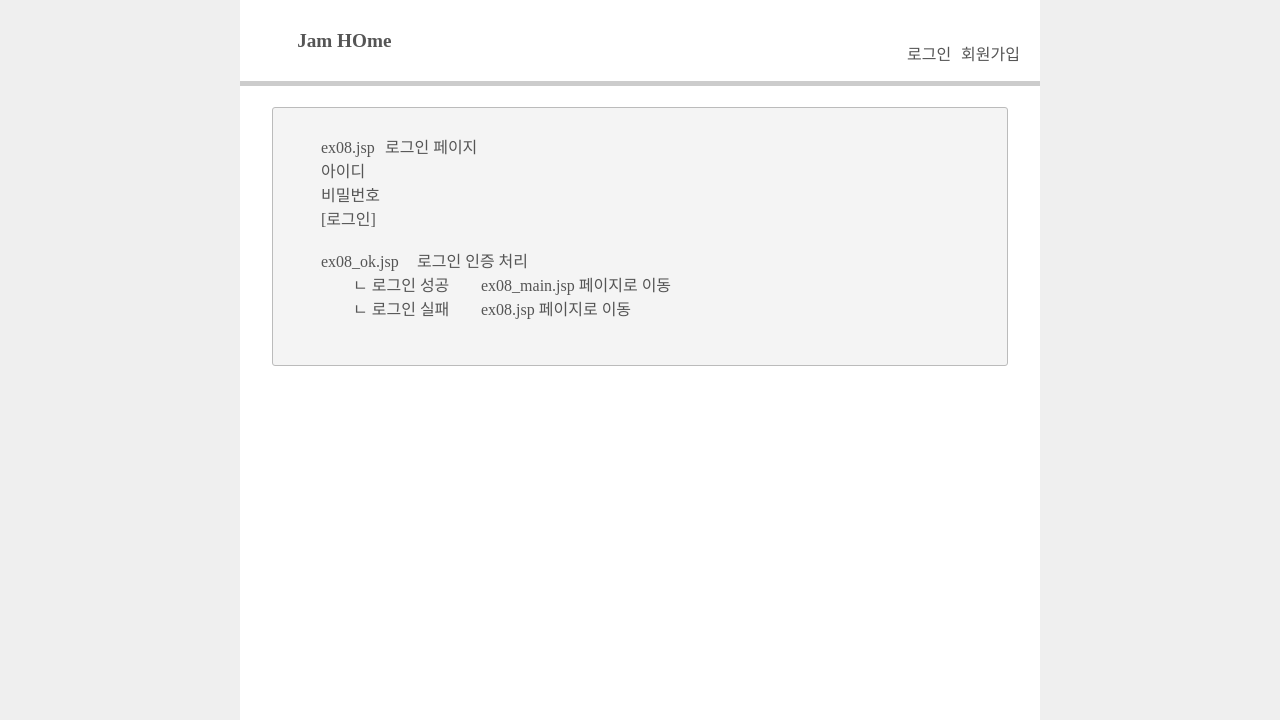
Repository: woals5636/JSPClass
Page: http://localhost/jspPro/days03/ex08.jsp
The author's editor kept a copy of each file at every save. The page is drawn from the files as they stood at one save, then again after the next save.
The browser window is 1280 px wide. The pictures show the whole page.
Some web fonts or font styles are not loaded; a fallback is used. The page is served by Tomcat 9. Other server files are loaded and not shown.

Above is the page before, as saved 2024-10-17 06:21:27.

### jspPro/src/main/webapp/days03/ex08.jsp
<%@ page contentType="text/html; charset=UTF-8" pageEncoding="UTF-8"%>
<!DOCTYPE html>
<html>
<head>
<meta charset="UTF-8">
<title>Insert title here</title>
<link rel="shortcut icon" type="image/x-icon" href="http://localhost/jspPro/images/SiSt.ico">
<script src="https://ajax.googleapis.com/ajax/libs/jquery/3.7.1/jquery.min.js"></script>
<meta name="viewport" content="width=device-width, initial-scale=1.0">
<meta name="google" content="notranslate">
<link rel="stylesheet" href="http://localhost/jspPro/resources/cdn-main/example.css">
<script src="http://localhost/jspPro/resources/cdn-main/example.js"></script>
<style>
 span.material-symbols-outlined{
    vertical-align: text-bottom;
 }
</style>
</head>
<body>
<header>
  <h1 class="main"><a href="#" style="position: absolute;top:30px;">Jam HOme</a></h1>
  <ul>
    <li><a href="#">로그인</a></li>
    <li><a href="#">회원가입</a></li>
  </ul>
</header>
<div>
  <xmp class="code">
  	ex08.jsp	로그인 페이지
  	아이디
  	비밀번호
  	[로그인]

  	ex08_ok.jsp	로그인 인증 처리
  		ㄴ 로그인 성공	ex08_main.jsp 페이지로 이동
  		ㄴ 로그인 실패	ex08.jsp 페이지로 이동

  </xmp>
</div>
</body>
</html>

### jspPro/src/main/webapp/resources/cdn-main/example.css
@charset "UTF-8";

@import url('https://fonts.googleapis.com/css2?family=Material+Symbols+Outlined:opsz,wght,FILL,GRAD@20..48,100..700,0..1,-50..200');

@font-face {
    font-family: 'GmarketSansMedium';
    src: url('https://cdn.jsdelivr.net/gh/projectnoonnu/noonfonts_2001@1.1/GmarketSansMedium.woff') format('woff');
    font-weight: normal;
    font-style: normal;
}

:root {
	--text-color: #555;
	--sub-text-color: #777;
	--back-color: #EFEFEF;
	--header-color: #444;
	--primary-color: #DEDEDE;
	--secondary-color: #EFEFEF;
	--default-width: 800px;
	--narrow-width: 500px;
	--wide-width: 1200px;
	--text-font: 'GmarketSansMedium';
	--icon-font: 'Material Symbols Outlined';
	--border-color: #CCC;
}

html, body {
	margin: 0;
	padding: 0;
}

html {
	background-color: var(--back-color);
	display: flex;
	justify-content: center;
	min-height: 100vh;
}

body, body.default {
	width: var(--default-width);
	background-color: white;
	padding-bottom: 120px;
}

body.wide {
	width: var(--wide-width);
}

body.narrow {
	width: var(--narrow-width);
}



body, p, div, span, a, input, select, option, textarea, button, table, th, td, label, fieldset, legend {
	font-family: var(--text-font);
	color: var(--text-color);
}

h1, h2, h3 {
	font-family: var(--text-font);
	color: var(--header-color);
	padding: 0 1rem;
	padding-top: .5rem;
}

div > h1, div > h2, div > h3 {
	padding: 0;
}

body > div, body > main > div {
	padding: 0.3rem 1rem;
}


h1 { font-size: 2rem; border-bottom: 1px solid var(--border-color); }
h1 small { font-size: 1.2rem; color: var(--sub-text-color); }
h2 { font-size: 1.5rem; border-bottom: 1px dashed var(--border-color); }
h2 small { font-size: 1.1rem; color: --sub-text-color; }
h3 { font-size: 1.2rem; }
h3 small { font-size: 1rem; color: --sub-text-color; }



h1.main::before {
	font-family: var(--icon-font);
  	content: '\e666';
  	margin-right: 10px;
  	float: left;
	font-size: 2.5rem;
}

h1.sub::before {
	font-family: var(--icon-font);
  	content: '\ea19';
  	margin-right: 10px;
  	float: left;
	font-size: 2.5rem;
}


h1.page::before {
	font-family: var(--icon-font);
  	content: '\e0e0';
  	margin-right: 10px;
  	float: left;
	font-size: 2.5rem;
}

body > header > ul > li > .active{
	background-color: #FFF;
	color:#F00;
}

body > header {
	display: flex;
	justify-content: space-between;
	border-bottom: 5px solid var(--border-color);
	min-height: 74px;
	background-color: #FFF;
}

body > header.sticky {
	position: sticky;
	top: 0;
	z-index: 98;
}

body > header > h1 {
	font-size: 1.2rem;
	border: 0;
}

body > header.in > h1::before {
	font-family: var(--icon-font);
  	content: '\e332‥';
  	margin-right: 3px;
  	float: left;
	font-size: 2rem;
}


body > header > ul {
	list-style-type: none;
	display: flex;
	align-items: flex-end;
	margin-right: 10px;
}

body > header > ul > li {
	margin-right: 10px;
	cursor: pointer;
}

body > header > ul > li > a {
	cursor: pointer;
}


form {
	display: block;
}

form > div {
	padding: 0.3rem 1rem;
}

div > form > div {
	padding: 0.3rem 0;
}

input, textarea, button, select {
	border: 1px solid #BBB;
	border-radius: 3px;
	outline: none;
	resize: none;
	padding: 7px;
	margin: 0;
}

input[type=text]:read-only, textarea:read-only {
	cursor: not-allowed;
	background-color: #FFF;
}

input[type=text]:disabled, textarea:disabled {
	cursor: not-allowed;
	background-color: #EEE;
}

input[type=text], input[type=password], textarea, button, select {
	/* width: 300px; */
}

textarea {
	display: block;
	height: 100px;
}

input[type=button], input[type=submit], button {
	/* width: inherit; */
}

input.short, textarea.short, button.short, select.short {
	width: 100px;
}

input.long, textarea.long, button.long, select.long {
	width: 350px;
}

.narrow input.long, .narrow textarea.long, .narrow button.long, .narrow select.long {
	width: calc(100% - 20px);
}

input.full, textarea.full, button.full, select.full {
	width: calc(100% - 20px);
}

textarea.short {
	height: 50px;
}

textarea.long {
	height: 100px;
}

textarea.full {
	height: 200px;
}

input, textarea {
	padding-top: 8px;
}

input[type=button], input[type=submit], button {
	padding: 5px 10px;
	background-color: var(--secondary-color);
	cursor: pointer;
	min-height: 36px;
}

input[type=button].primary, input[type=submit].primary, button.primary {
	/* background-color: rgba(100, 149, 237, .2); */
	background-color: var(--primary-color);
}

input[type=button].primary:hover, input[type=submit].primary:hover, button.primary:hover {
	/* background-color: rgba(100, 149, 237, .3); */
	background-color: var(--secondary-color);
}

input[type=button]:hover, input[type=submit]:hover, button:hover {
	background-color: var(--primary-color);
}

button {
	position: relative;
	left: 0;
	top: 0;
	padding-left: 35px;
}

button .material-symbols-outlined {
	position: absolute;
	left: 10px;
	top: 4px;
}

/* k2nik add */
button.login::before {
	font-family: var(--icon-font);
  	content: '\ea77';
	position: absolute;
	left: 11px;
	top: 4px;
	font-size: 1.25rem;
}

/* k2nik logout */
button.logout::before {
	font-family: var(--icon-font);
  	content: '\e9ba';
	position: absolute;
	left: 11px;
	top: 4px;
	font-size: 1.25rem;
}

/* k2nik help */
button.help::before {
	font-family: var(--icon-font);
  	content: '\f1c0';
	position: absolute;
	left: 11px;
	top: 4px;
	font-size: 1.25rem;
}

button.add::before{
	font-family: var(--icon-font);
  	content: '\e746';
	position: absolute;
	left: 11px;
	top: 4px;
	font-size: 1.25rem;
}

button.back::before {
	font-family: var(--icon-font);
  	content: '\e166';
	position: absolute;
	left: 11px;
	top: 4px;
	font-size: 1.25rem;
}

button.list::before {
	font-family: var(--icon-font);
  	content: '\e0ee';
	position: absolute;
	left: 11px;
	top: 4px;
	font-size: 1.25rem;
}


button.del::before {
	font-family: var(--icon-font);
  	content: '\e872';
	position: absolute;
	left: 11px;
	top: 4px;
	font-size: 1.25rem;
}


button.edit::before {
	font-family: var(--icon-font);
  	content: '\e745';
	position: absolute;
	left: 11px;
	top: 4px;
	font-size: 1.25rem;
}


button.login::before {
	font-family: var(--icon-font);
  	content: '\ea77';
	position: absolute;
	left: 11px;
	top: 4px;
	font-size: 1.25rem;
}


button.logout::before {
	font-family: var(--icon-font);
  	content: '\e9ba';
	position: absolute;
	left: 11px;
	top: 4px;
	font-size: 1.25rem;
}


button.in::before {
	font-family: var(--icon-font);
  	content: '\f71a';
	position: absolute;
	left: 11px;
	top: 4px;
	font-size: 1.25rem;
}


button.out::before {
	font-family: var(--icon-font);
  	content: '\f70e';
	position: absolute;
	left: 11px;
	top: 4px;
	font-size: 1.25rem;
}


button.reply::before {
	font-family: var(--icon-font);
  	content: '\e15e';
	position: absolute;
	left: 11px;
	top: 4px;
	font-size: 1.25rem;
}


button.comment::before {
	font-family: var(--icon-font);
  	content: '\e0b9';
	position: absolute;
	left: 11px;
	top: 4px;
	font-size: 1.25rem;
}


button.modal::before {
	font-family: var(--icon-font);
  	content: '\e89e';
	position: absolute;
	left: 11px;
	top: 4px;
	font-size: 1.25rem;
}


button.ok::before {
	font-family: var(--icon-font);
  	content: '\e86c';
	position: absolute;
	left: 11px;
	top: 4px;
	font-size: 1.25rem;
}


button.cancel::before {
	font-family: var(--icon-font);
  	content: '\e5c9';
	position: absolute;
	left: 11px;
	top: 4px;
	font-size: 1.25rem;
}

button.search::before {
	font-family: var(--icon-font);
  	content: '\e8b6';
	position: absolute;
	left: 11px;
	top: 4px;
	font-size: 1.25rem;
}

button.home::before {
	font-family: var(--icon-font);
  	content: '\e88a';
	position: absolute;
	left: 11px;
	top: 4px;
	font-size: 1.25rem;
}


button.sidebar::before {
	font-family: var(--icon-font);
  	content: '\f7e4';
	position: absolute;
	left: 11px;
	top: 4px;
	font-size: 1.25rem;
}


button.sidebar-right::before {
	font-family: var(--icon-font);
  	content: '\f7e5';
	position: absolute;
	left: 11px;
	top: 4px;
	font-size: 1.25rem;
}




button::before {
	font-family: var(--icon-font);
  	content: '\e323';
	position: absolute;
	left: 11px;
	top: 4px;
	font-size: 1.25rem;
}


table {
	border-collapse: collapse;
	margin: 1rem;
	box-sizing: border-box;
	width: calc(100% - 32px);
}

table.content {
	width: auto;
}

div > table {
	margin: 0;
}

table th, table td {
	border: 1px solid var(--border-color);
	padding: 7px;
	font-weight: normal;
}

table th {
	background-color: var(--back-color);
}

table.vertical th {
	width: 150px;
}

table.vertical td {
	width: calc(100% - 182px);
	padding-left: 10px;
}

table.content td, table.content th {
	width: auto;
}

body.narrow table.vertical th {
	width: 100px;
}

body.narrow table.vertical td {
	width: calc(100% - 182px);
}


table + table {
	margin-top: 30px;
}


p {
	padding: 0 1rem;
}

a {
	text-decoration: none;
}

a:hover {
	color: rgba(255, 99, 71, .7);
}

hr {
	border: 0;
	border-top: 1px solid var(--border-color);
	margin: 2rem 0;
}

.message {
	border: 1px solid var(--border-color);
	background-color: #EFEFEF;
	margin: 1rem;
	width: auto;
	padding-top: 10px;
	padding-bottom: 10px;
	font-size: 14px;
}

.message[title]::before {
	content: attr(title);
	display: block;
	border-bottom: 1px solid var(--border-color);
	padding-bottom: 5px;
	margin-bottom: 10px;
	margin-top: 7px;
}

.message.short {
	max-width: 250px;
}

.message.long {
	max-width: 500px;
}

.badge {
	float: right;
	font-size: .8rem;
	margin-top: 2px;
	margin-right: 2px;
	text-shadow: 0 0 7px gray;
}

.badge.left {
	float: none;
	margin-left: 2px;
}

.badge.right {
	float: right;
}

.badge.red {
	border-radius: 50%;
	padding: 2px 5px;
	background-color: rgb(255, 99, 71, .3);
}

.badge.yellow {

	border-radius: 50%;
	padding: 2px 5px;
	background-color: rgb(255, 215, 0, .5);
}

.badge.blue {
	border-radius: 50%;
	padding: 2px 5px;
	background-color: rgb(100, 149, 237, .3);
}

label + label {
	margin-left: 7px;
}

label input[type=checkbox], label input[type=radio] {
	transform: translate(0, 1px);
}

.group {
	display: flex;
}

.modal-content .group {
	margin-bottom: .5rem;
}

.group label {
	border: 1px solid #BBB;
	border-radius: 3px;
	outline: none;
	resize: none;
	padding: 7px 14px;
	margin: 0;
	border-top-right-radius: 0;
	border-bottom-right-radius: 0;
	background-color: #EFEFEF;
	white-space: nowrap;
	font-size: 14px;
}

.group input[type=text] {
	margin-left: -1px;
	border-top-left-radius: 0;
	border-bottom-left-radius: 0;
}

.group select {
	margin-left: -1px;
	border-top-left-radius: 0;
	border-bottom-left-radius: 0;
}

.group input.full[type=text] {
	margin-left: -1px;
	border-top-left-radius: 0;
	border-bottom-left-radius: 0;
	width: 100%;
}

.group input[type=button]:first-child, .group button:first-child {
	border-top-left-radius: 3px;
	border-bottom-left-radius: 3px;
	margin-left: 0px;
}

.group input[type=button], .group button {
	border-radius: 0;
	margin-left: -1px;
}

.group input[type=button]:last-child, .group button:last-child {
	margin-left: -1px;
	border-top-right-radius: 3px;
	border-bottom-right-radius: 3px;
}

.seperate {
	display: flex;
	justify-content: space-between;
}

div.list {
	width: max-content;
	margin: 1rem;
	border: 1px solid #BBB;
	border-radius: 3px;
	padding: 0;
}

div.list.full {
	width: auto;
	display: block;
	margin: 1rem;
	border: 1px solid #BBB;
	border-radius: 3px;
	padding: 0;
}

div.list > div {
	padding: .5rem 1rem;
	margin: 0;
	border-bottom: 1px solid #BBB;
}

div.list > div:last-child {
	border-bottom: 0;
}

pre.code , xmp.code{
	font-family: consols;
	background-color: rgba(150, 150, 150, .1);
	border: 1px solid #BBB;
	border-radius: 3px;
	padding: .5rem 1rem;
	padding-bottom: .6rem;
	margin: 1rem;
}




*[data-modal-window] {
	position: fixed;
	background-color: rgba(0, 0, 0, .3);
	left: 0;
	top: 0;
	display: none;
	justify-content: center;
	align-items: flex-start;
	width: 100%;
	min-height: 100vh;
	z-index: 100;
	opacity: 0;
	transition: 500ms all;
}

*[data-modal-window] .modal-container {
	border-radius: 5px;
	padding: 1rem;
	padding-bottom: .5rem;
	margin-top: -500px;
	opacity: 0;
	width: 500px;
	background-color: #FFF;
	margin-right: 2rem;
	transition: 500ms all;
}

*[data-modal-size=content] .modal-container {
	width: auto;
}

*[data-modal-size=narrow] .modal-container {
	width: 300px;
}

*[data-modal-size=wide] .modal-container {
	width: 760px;
}


*[data-modal-window] .modal-header {
	border-bottom: 1px solid var(--border-color);
	padding: 2px 5px;
}

*[data-modal-window] .modal-content {
	padding: 1rem 5px;
}

*[data-modal-window] .modal-content div:last-child {
	margin-top: 1rem;
	text-align: right;
}



*[data-sidebar-window] {
	position: fixed;
	background-color: #FFF;
	left: 0;
	top: 0;
	display: block;
	width: 300px;
	border-right: 1px solid var(--border-color);
	box-sizing: border-box;
	box-shadow: 0 0 3px var(--back-color);
	min-height: 100vh;
	z-index: 99;
	transform: translate(-300px, 0);
	transition-duration: 500ms;
	transition-property: transform;
}

*[data-sidebar-direction=right] {
	left: auto;
	right: 0;
	transform: translate(300px, 0);
	border-left: 1px solid var(--border-color);
}

*[data-sidebar-size=wide] {
	width: 500px;
	transform: translate(-500px, 0);
}

*[data-sidebar-window] .sidebar-title {
	border-bottom: 1px solid var(--border-color);
	margin-top: 20px;
	margin-bottom: 20px;
	padding-bottom: 5px;
	display: flex;
	justify-content: space-between;
}

*[data-sidebar-window] .sidebar-title span:last-child {
	cursor: pointer;
}


/* K2Nik pagination */
.center {
  text-align: center;
}

.pagination {
  display: inline-block;
}

.pagination a {
  color: black;
  float: left;
  padding: 3px 6px;
  text-decoration: none;
  transition: background-color .3s;
  border: 1px solid #ddd;
  margin: 0 3px;
}

.pagination a.active {
  background-color: #4CAF50;
  color: white;
  border: 1px solid #4CAF50;
}

.pagination a:hover:not(.active) {background-color: #ddd;}

### jspPro/src/main/webapp/resources/cdn-main/example.js

window.onload = () => {

    const list = document.querySelectorAll('input, textarea');

    list.forEach(item => {
        item.setAttribute('autocomplete', 'off');
    });


    const modal_btn_list = document.querySelectorAll('*[data-modal-button]');

    modal_btn_list.forEach(item => {
        item.onclick = function() {

            const name = this.dataset['modalButton'];
            const modal_window = document.querySelector('*[data-modal-window=' + name);

            const container = document.createElement('div');
            container.className = 'modal-container';



            const modal_header = document.createElement('div');
            modal_header.textContent = modal_window.dataset['modalTitle'];
            modal_header.className = 'modal-header';
            container.appendChild(modal_header);

            const modal_content = document.createElement('div');
            modal_content.className = 'modal-content';
            container.appendChild(modal_content);

            Array.from(modal_window.childNodes).forEach(item => {
                modal_content.appendChild(item);
            });

            modal_window.appendChild(container);

            modal_window.style.display = 'flex';

            setTimeout(() => {
                modal_window.style.opacity = 1;
                container.style.marginTop = '20px';
                container.style.opacity = 1;
            }, 50);


            const modal_ok = document.querySelector('*[data-modal-ok=' + name);
            modal_ok.addEventListener('click', function() {
                modal_window.style.opacity = 0;
                container.style.marginTop = '-500px';
                container.style.opacity = 0;

                setTimeout(() => {
                    modal_window.innerHTML = modal_content.innerHTML;
                    modal_window.style.display = 'none';
                }, 500);

            });

            const modal_cancel = document.querySelector('*[data-modal-cancel=' + name);
            modal_cancel.addEventListener('click', function() {

                modal_window.style.opacity = 0;
                container.style.marginTop = '-500px';
                container.style.opacity = 0;

                setTimeout(() => {
                    modal_window.innerHTML = modal_content.innerHTML;
                    modal_window.style.display = 'none';
                }, 500);
            });


        };
    });


    const sidebar_btn_list = document.querySelectorAll('*[data-sidebar-button]');

    sidebar_btn_list.forEach(item => {
        item.onclick = function() {



            const name = this.dataset['sidebarButton'];
            const sidebar_window = document.querySelector('*[data-sidebar-window=' + name);

            if (sidebar_window.style.transform == 'translate(0px, 0px)') return;



            sidebar_window.style.transform = 'translate(0, 0)';

            const sidebar_title = document.createElement('div');
            sidebar_title.className = 'sidebar-title';
            sidebar_title.innerHTML = '<span>' + sidebar_window.dataset['sidebarTitle'] + '</span><span class="material-symbols-outlined">close</span>';

            sidebar_title.children[1].onclick = function() {

                let sign = 1;
                let distance = 300;

                if (sidebar_window.dataset['sidebarDirection'] != 'right') {
                    sign = -1;
                } else {
                    sign = 1;
                }

                if (sidebar_window.dataset['sidebarSize'] != 'wide') {
                    distance = 300;
                } else {
                    distance = 500;
                }

                distance *= sign;

                sidebar_window.style.transform = 'translate(' + distance + 'px, 0)';

                setTimeout(function() {
                    sidebar_window.removeChild(sidebar_window.children[0]);
                }, 500);
            };


            sidebar_window.prepend(sidebar_title);

        }
    });

};

// window.onkeydown = function(event) {

//     if (event.keyCode == 27) {
//         if (document.querySelector('[data-modal-window').style.display == 'flex') {
//             document.querySelector('[data-modal-window').style.display = 'none';
//         }
//     }

// };

After the next save:
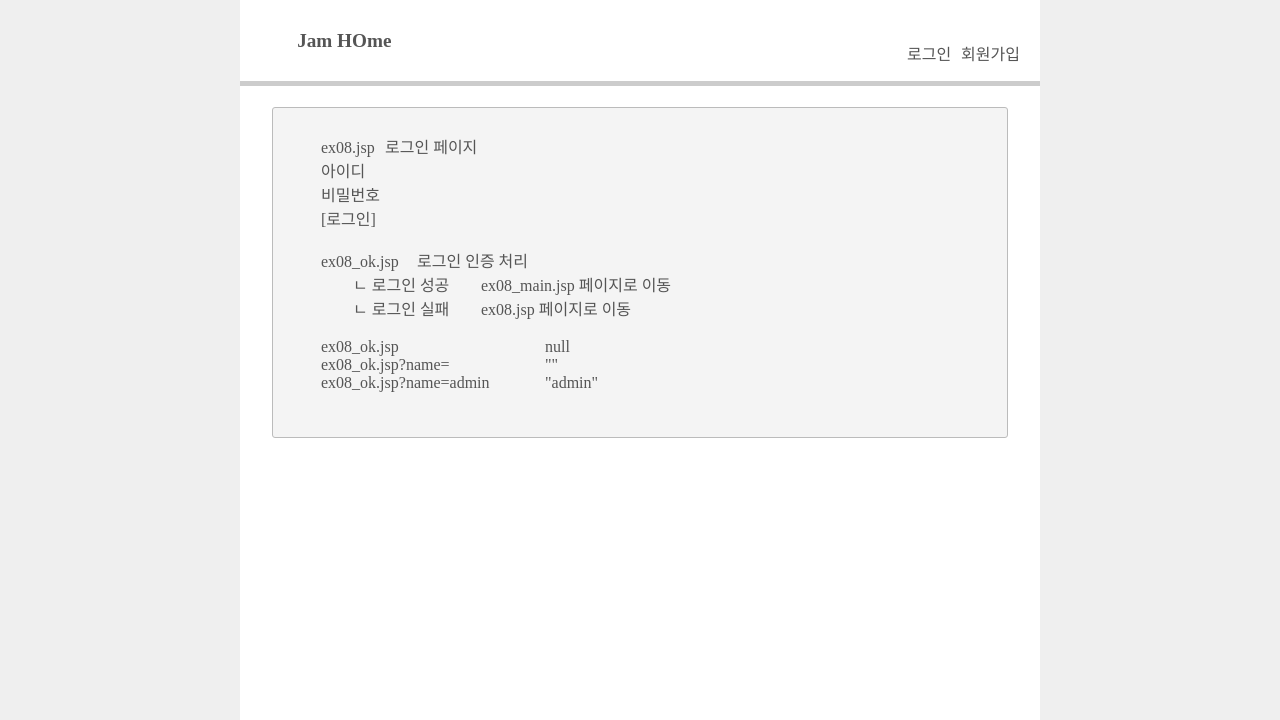
Saved 78 s later.
--- a/jspPro/src/main/webapp/days03/ex08.jsp
+++ b/jspPro/src/main/webapp/days03/ex08.jsp
@@ -35,6 +35,10 @@
   		ㄴ 로그인 성공	ex08_main.jsp 페이지로 이동
   		ㄴ 로그인 실패	ex08.jsp 페이지로 이동
 
+  	ex08_ok.jsp					null
+  	ex08_ok.jsp?name=			""
+  	ex08_ok.jsp?name=admin		"admin"
+
   </xmp>
 </div>
 </body>
